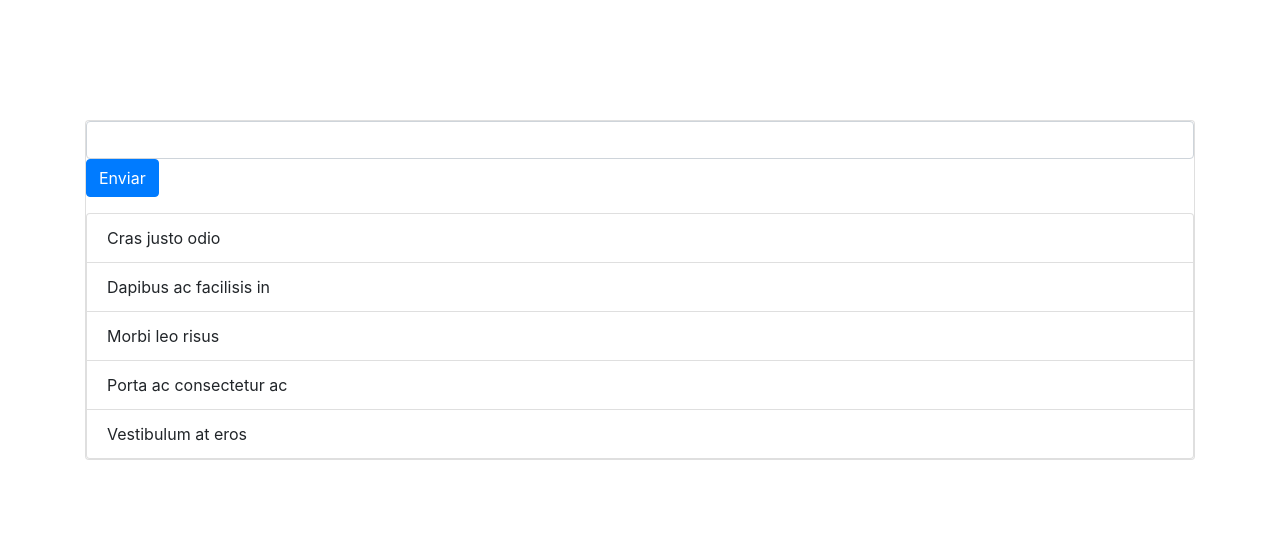
Repository: wolwerr/VueJs-Ninja
Page: Aula-15.html
These files come from the project's save history. The page is drawn as it stood at one moment and after the next save; the edit follows.
The browser window is 1280 px wide. The pictures show the whole page.

Above is the page before, as saved 2021-10-25 23:01:01.

### Aula-15.html
<!DOCTYPE html>
<html lang="en">
<head>
    <meta charset="UTF-8">
    <meta http-equiv="X-UA-Compatible" content="IE=edge">
    <meta name="viewport" content="width=device-width, initial-scale=1.0">
    <meta http-equiv="X-UA-Compatible" content="IE=edge">
    <title>Aulas de Vuejs</title>
    <link rel="stylesheet" href="https://maxcdn.bootstrapcdn.com/bootstrap/4.0.0/css/bootstrap.min.css" integrity="sha384-Gn5384xqQ1aoWXA+058RXPxPg6fy4IWvTNh0E263XmFcJlSAwiGgFAW/dAiS6JXm" crossorigin="anonymous">
</head>
<body>
    <div id="app">
        <br><br><br><br><br>
        <div class="container">
            <div class="card">
                <div class="card-block">
                    <div class="form-group">
            <input type="text" class="form-control">
            <button class="btn btn-primary">Enviar</button>
        </div>
        <ul class="list-group">
            <li class="list-group-item">Cras justo odio</li>
            <li class="list-group-item">Dapibus ac facilisis in</li>
            <li class="list-group-item">Morbi leo risus</li>
            <li class="list-group-item">Porta ac consectetur ac</li>
            <li class="list-group-item">Vestibulum at eros</li>
        </ul>

    <script src="https://unpkg.com/vue"></script>

    <script>

        var app = new Vue({
            el: "#app",

            data: {
                titulo: "Aulas de Vuejs",



            }
        });
    </script>
</body>
</html>

After the next save:
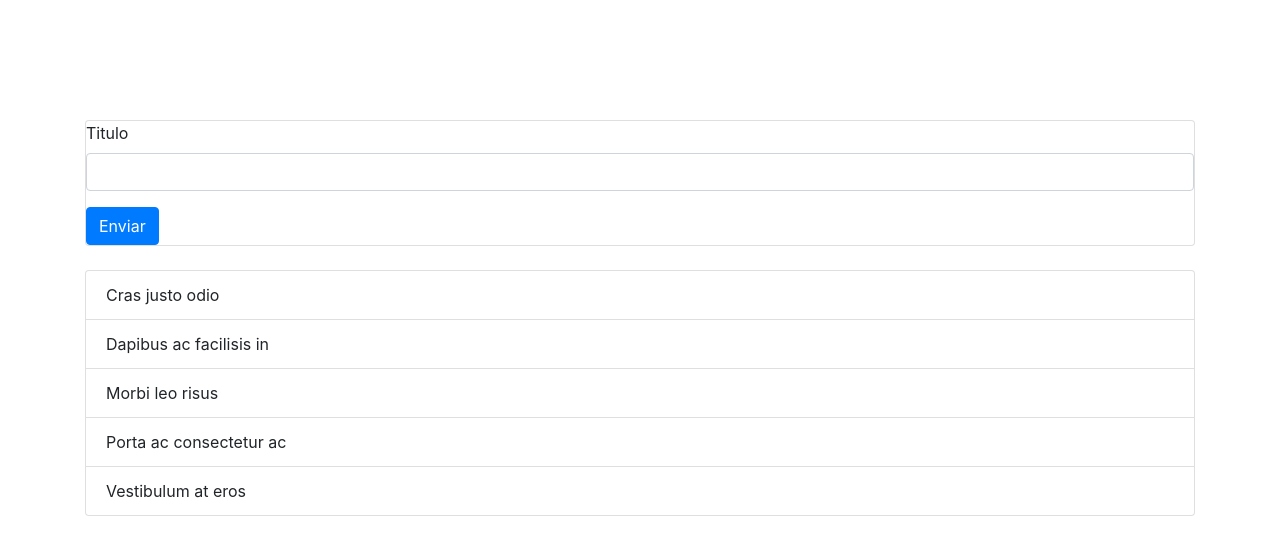
Saved 89 s later.
--- a/Aula-15.html
+++ b/Aula-15.html
@@ -15,9 +15,13 @@
             <div class="card">
                 <div class="card-block">
                     <div class="form-group">
-            <input type="text" class="form-control">
-            <button class="btn btn-primary">Enviar</button>
+                        <label for="">Titulo</label>
+                        <input type="text" class="form-control">
+                    </div>
+                        <button class="btn btn-primary">Enviar</button>
+                </div>
         </div>
+        <br>
         <ul class="list-group">
             <li class="list-group-item">Cras justo odio</li>
             <li class="list-group-item">Dapibus ac facilisis in</li>
